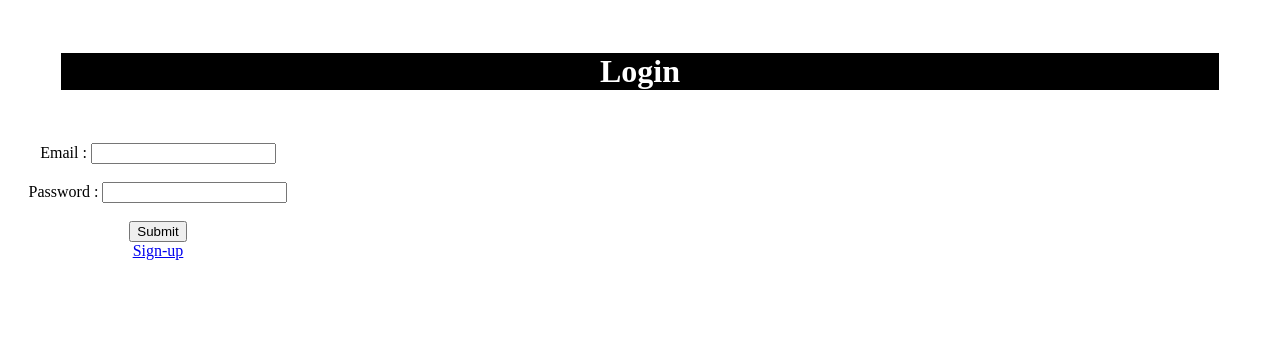
Repository: KD3-86718-yagywalky/Advance-java
Page: Assignment02/secondapp/src/main/webapp/index.html
The author's editor kept a copy of each file at every save. The page is drawn from the files as they stood at one save, then again after the next save.
The browser window is 1280 px wide. The pictures show the whole page.

Above is the page before, as saved 2024-12-03 10:02:35.

After the next save:
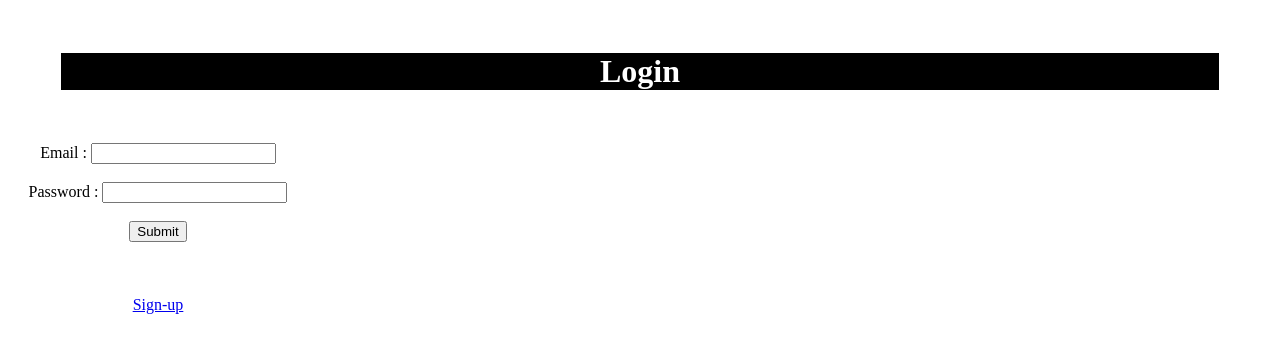
Saved 7 min 36 s later.
--- a/Assignment02/secondapp/src/main/webapp/index.html
+++ b/Assignment02/secondapp/src/main/webapp/index.html
@@ -13,9 +13,9 @@
 		<br/><br/>
 		Password : <input type="password" name="passwd"/>
 		<br/><br/>
-		<input type="submit" name="Submit"/>
+		<input type="submit" name="Sign in"/>
 		</form>
-
+		<br/><br/><br/>
 		<a href="Signup" >Sign-up</a>
 		</div>
 </body>
